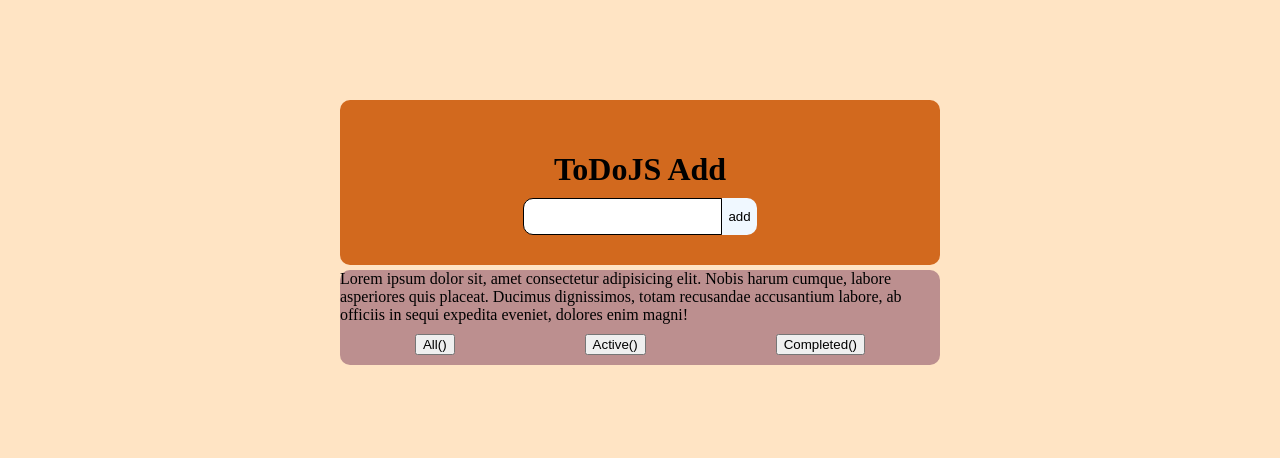
Repository: Savich01/todoTest
Page: index.html
An editor plug-in stored every save of this project. The page is shown before and after the next save, followed by the edit.
The browser window is 1280 px wide. The pictures show the whole page.

Above is the page before, as saved 2024-05-03 15:23:30.

### index.html
<!DOCTYPE html>
<html lang="en">
<head>
    <meta charset="UTF-8">
    <meta name="viewport" content="width=device-width, initial-scale=1.0">
    <link rel="stylesheet" href="css/style.css">
    <title>ToDO</title>
</head>
<body>
    <header class="header">
        <div class="header-block">
            <div class="header-block__sub">
                <h1 class="title">ToDoJS Add</h1>
                <form class="personal" action="#">
                    <input type="text" class="personal-input">
                    <button class="personal-btn">add</button>
                </form>
            </div>
        </div>
    </header>
     <main class="main">
        <div class="main-block">
            <div class="main-container">
              Lorem ipsum dolor sit, amet consectetur adipisicing elit. Nobis harum cumque, labore asperiores quis placeat. Ducimus dignissimos, totam recusandae accusantium labore, ab officiis in sequi expedita eveniet, dolores enim magni!
            </div>
            <div class="main-button">
                 <button class="main-btn1">All()</button>
                 <button class="main-btn2">Active()</button>
                 <button class="main-btn3">Completed()</button>
            </div>
            </div>
     </main>
        <script src="js/script.js"></script>
</body>
</html>

### css/style.css
ul,li {
    text-decoration: none;
    list-style: none;
}


/*------------HEADER-------------------------------------*/

body {
    max-width: 100%;
    background: #FFE4C4;
}
.header {
    margin-top: 100px;
    margin-bottom: 5px;
}
.header-block {
    max-width: 600px;
    margin: 0 auto;
    background: #D2691E;
    border-radius: 10px;
}
 .header-block__sub {
    display: flex;
    flex-direction: column;
    justify-content: center;
    align-items: center;
    padding: 30px 0px;
 }

 .title {
    margin-bottom: 10px;
 }

 .personal {
    display: flex;
    justify-content: center;
 }

 .personal-input{
    padding: 10px;
    border: 1px solid #000;
    border-radius: 10px 0px 0px 10px;
 }
.personal-btn {
    border: none;
    background-color: aliceblue;
    border-radius: 0px 10px 10px 0px;
    cursor: pointer;
}
/*------------------MAIN-------------------------------------*/

.main-block {
   max-width: 600px;
   margin: 0 auto;
   background: #BC8F8F;
   min-height: 70px;
   border-radius: 10px;
   display:flex;
   flex-direction: column;
   justify-content: space-between;
   margin-bottom: 5px;
}

.main-block--list{
    display: flex;
    align-items: center;
    justify-content: center;
    padding-right: 47px;
}

.main-block--list-link{
    display: flex;
    align-items: center;
}

.main-block--text{
    margin-left: 10px;
}

.checkbox-active{
    width: 20px;
    height: 17px;
}

.main-block--text{
    transform: translateY(1px);
}

.main-list{
  padding: 0px 30px;
}
.main-list--link{
  display: flex;
  align-items: center;
  justify-content: space-between;
  margin-bottom: 15px;
  padding: 10px;
  background-color: #FFE4C4;
}



























.main-button {
    padding: 10px;
    display: flex;
    align-items: flex-end;
    justify-content: space-around
}

/* .main-container {
    background: rgba(183, 231, 62, 0.699);
    border-radius: 20px;
    margin: 15px;
    /* display: none; */
/* } */

/* .main-container--list{
    background-color: #20B2AA;
    border-radius: 10px;
    margin: 25px;
    display: flex;
    align-items: center;
    justify-content: space-between;
} */

/* .main-container--list-link {
    padding: 10px;
    display: flex;
    align-items: center;
    justify-content: space-between;
} */
/* .main-checked{
    width: 20px;
    height: 16px;
    cursor: pointer;
} */
/* .main-text{
    display: inline-block;
    margin-left: 15px;
    transform: translateY(1px);
} */
/* .main--list-btn{
    min-width: 20px;
    max-width: 23px;
    background: #FFFFE0;
    align-items: center;
    margin-right: 25px;
    cursor: pointer;
    border: none;
    background: #B22222;
} */
/*--------------*/

/*--------------*/


/*------------------FOOTER--------------------------------------------------*/

.footer-block {
    max-width: 600px;
    margin: 0 auto;
    background: #008080;
    height: 100px;
    border-radius: 10px;
    display: flex;
    align-items: flex-end;
    justify-content: space-around;
}
.footer-btn {
    padding: 10px;
}

Loaded but not shown: js/script.js (no copy from this time; the picture is the same without it)

After the next save:
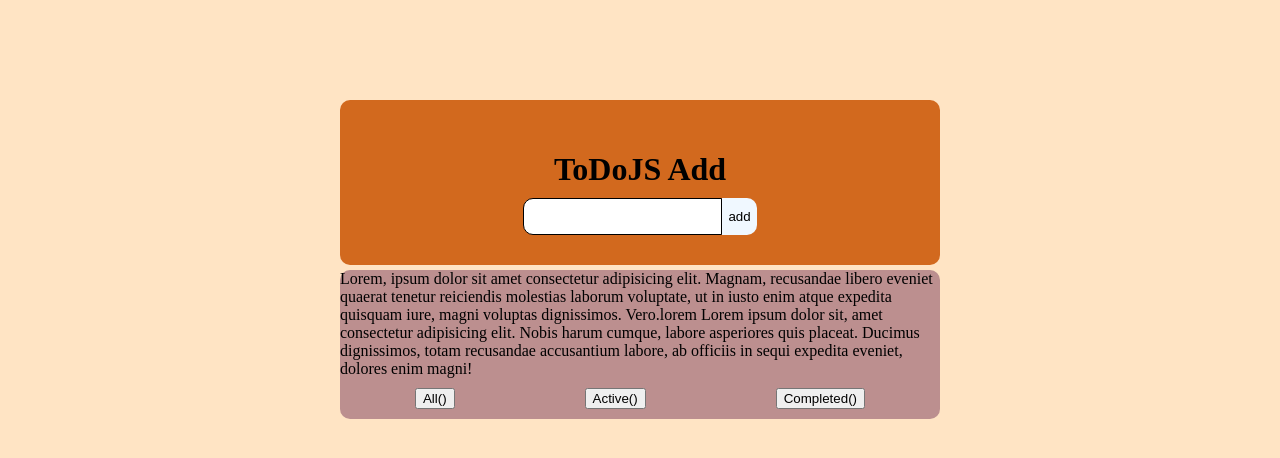
Saved 113 s later.
--- a/index.html
+++ b/index.html
@@ -21,6 +21,7 @@
      <main class="main">
         <div class="main-block">
             <div class="main-container">
+                Lorem, ipsum dolor sit amet consectetur adipisicing elit. Magnam, recusandae libero eveniet quaerat tenetur reiciendis molestias laborum voluptate, ut in iusto enim atque expedita quisquam iure, magni voluptas dignissimos. Vero.lorem
               Lorem ipsum dolor sit, amet consectetur adipisicing elit. Nobis harum cumque, labore asperiores quis placeat. Ducimus dignissimos, totam recusandae accusantium labore, ab officiis in sequi expedita eveniet, dolores enim magni!
             </div>
             <div class="main-button">
